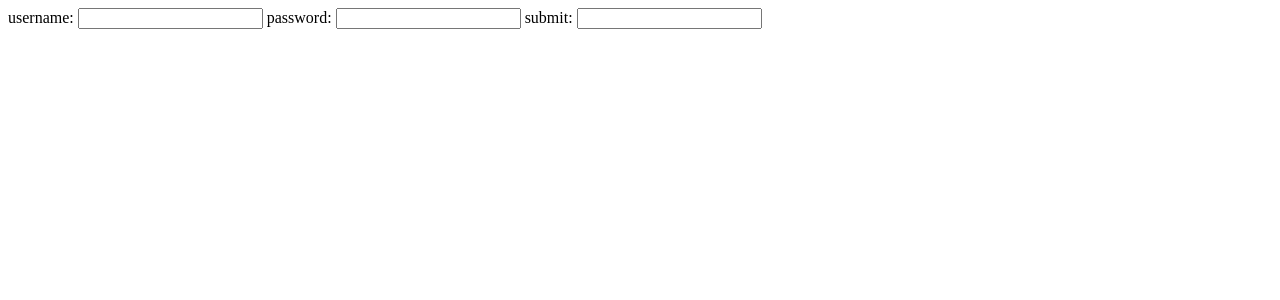
Repository: callgp/bt_servlet_jsp_jdbc
Page: http://localhost/FormBasedWebSecurity/Login.jsp
An editor plug-in stored every save of this project. The page is shown before and after the next save, followed by the edit.
The browser window is 1280 px wide. The pictures show the whole page.
The page is served by Tomcat 9. Nobody is signed in. The application's start-up code is not run.

Above is the page before, as saved 2020-07-13 03:32:14.

After the next save:
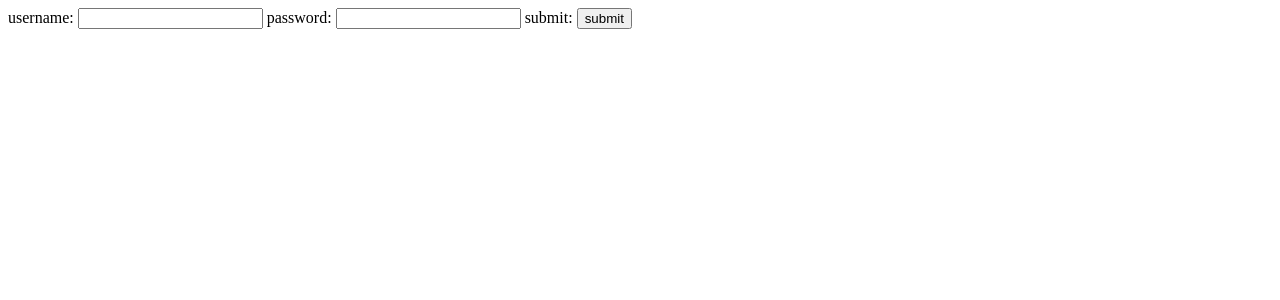
Saved 43 s later.
--- a/FormBasedWebSecurity/WebContent/Login.jsp
+++ b/FormBasedWebSecurity/WebContent/Login.jsp
@@ -11,6 +11,6 @@
 <form action="j_security_check" method="post"/>
 username: <input name="j_username"/>
 password: <input name="j_password"/>
-submit: <input name="submit"/>
+submit: <input type="submit" value="submit"/>
 </body>
 </html>
